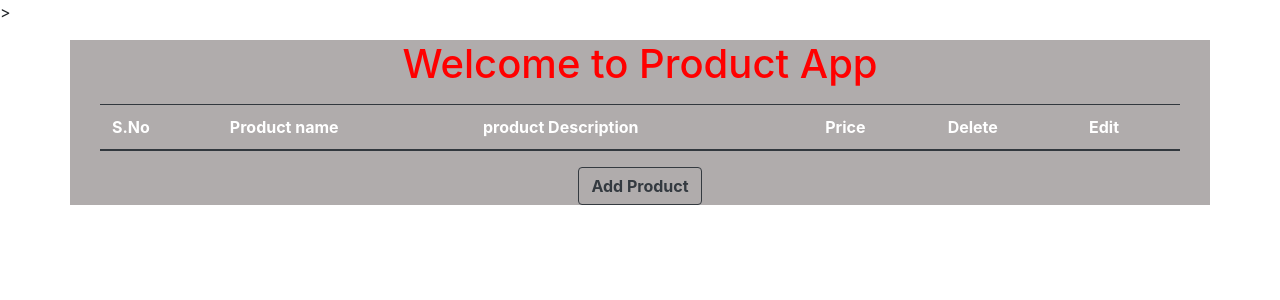
Repository: bhargav-13/Spring
Page: http://localhost/CRUD/WEB-INF/views/index.jsp
An editor plug-in stored every save of this project. The page is shown before and after the next save, followed by the edit.
The browser window is 1280 px wide. The pictures show the whole page.
Some web libraries are served in a nearby version. The page is served by Tomcat 9. Nobody is signed in. The template is opened directly, without the code that normally fills it, so the values that code supplies are empty.

Above is the page before, as saved 2023-06-09 05:22:29.

After the next save:
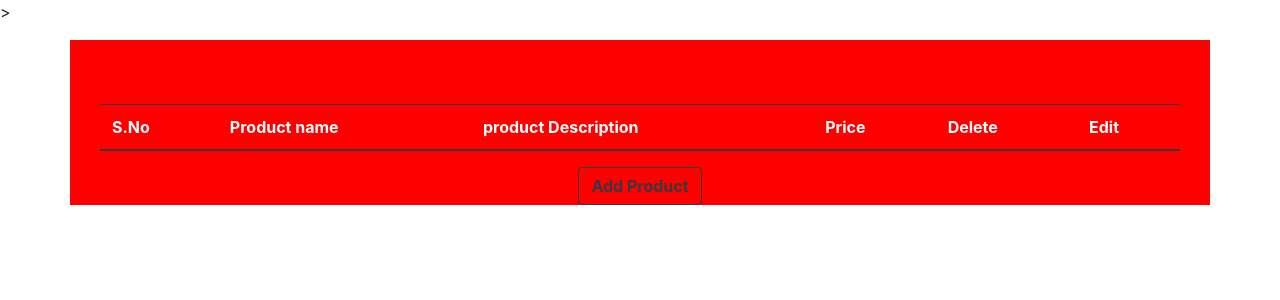
Saved 26 s later.
--- a/CRUD/src/main/webapp/WEB-INF/views/index.jsp
+++ b/CRUD/src/main/webapp/WEB-INF/views/index.jsp
@@ -6,7 +6,7 @@
 
 <style type="text/css">
 *{
- background-color: #b0acac;
+ background-color: red;
 }
 
 #abc{
